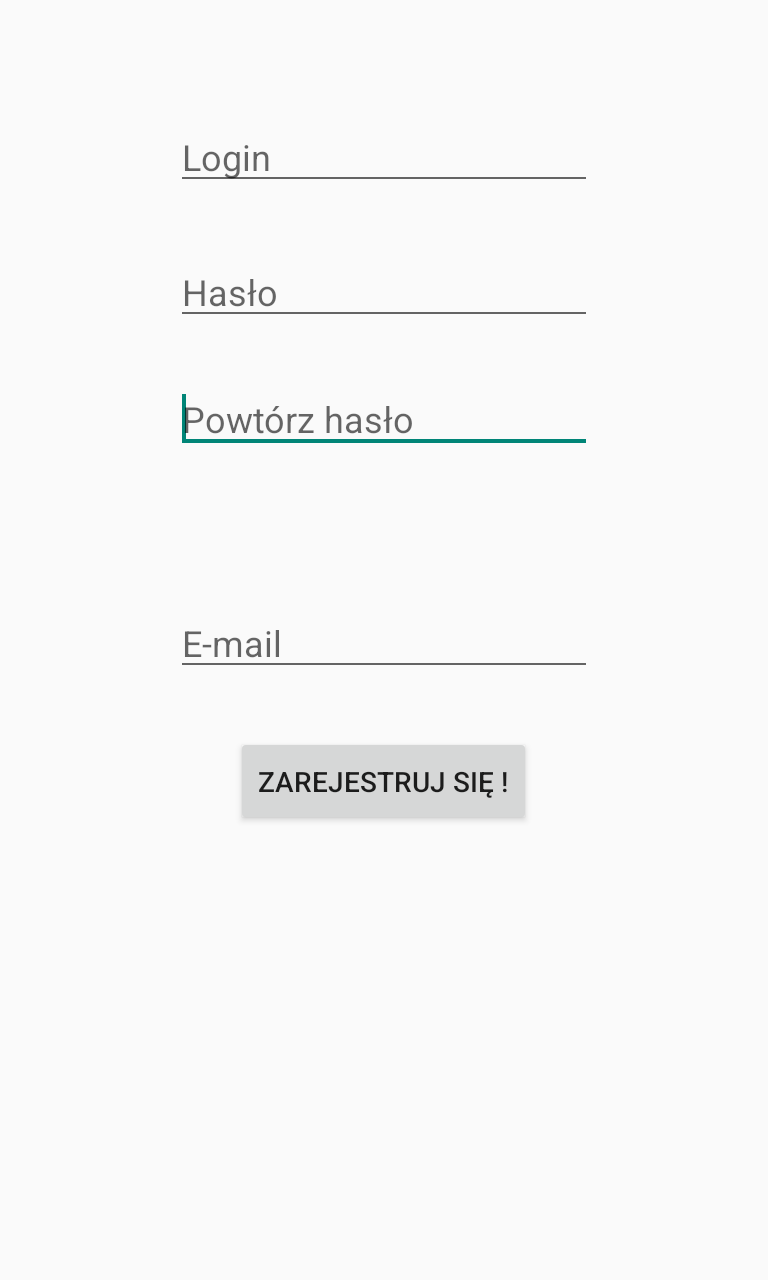
Repository: Radioaktywny/MaciekJava
Layout: ZnajdzTo/res/layout/activity_druga_aktywnosc.xml
These files come from the project's save history. The layout is drawn as it stood at one moment and after the next save; the edit follows.
It is drawn on a 768 x 1280 px phone screen (xhdpi) without system bars, with theme AppTheme; the app's code is not run.

Above is the layout before, as saved 2015-10-16 14:18:38.

After the next save:
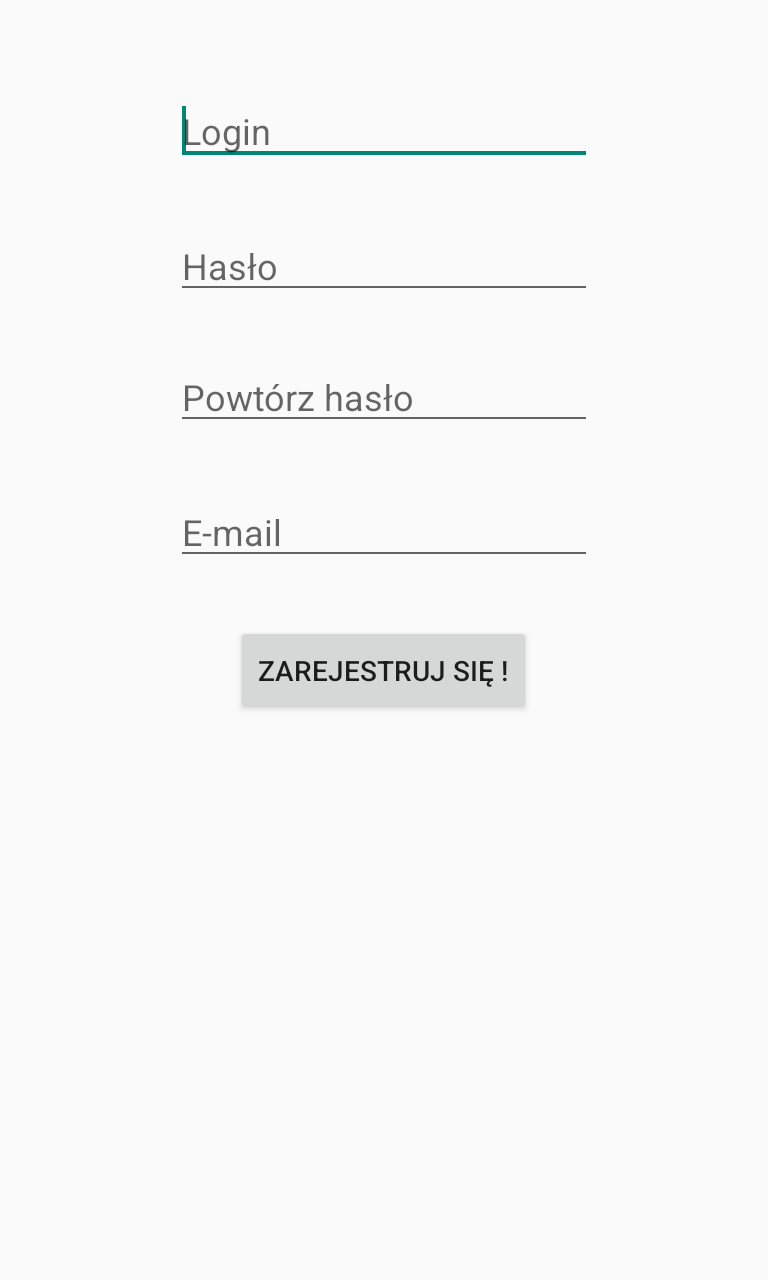
Saved 24 min 19 s later.
--- a/ZnajdzTo/res/layout/activity_druga_aktywnosc.xml
+++ b/ZnajdzTo/res/layout/activity_druga_aktywnosc.xml
@@ -7,17 +7,6 @@
     android:paddingRight="@dimen/activity_horizontal_margin"
     android:paddingTop="@dimen/activity_vertical_margin"
     tools:context="com.example.znajdzto.DrugaAktywnosc" >
-
-    <EditText
-        android:id="@+id/editText1"
-        android:layout_width="wrap_content"
-        android:layout_height="wrap_content"
-        android:layout_alignParentTop="true"
-        android:layout_centerHorizontal="true"
-        android:layout_marginTop="40dp"
-        android:ems="10"
-        android:hint="@string/login"
-        android:inputType="textPersonName" />
 
     <EditText
         android:id="@+id/editText2"
@@ -30,30 +19,6 @@
         android:hint="@string/haslo"
         android:inputType="textPassword" />
 
-    <EditText
-        android:id="@+id/editText4"
-        android:layout_width="wrap_content"
-        android:layout_height="wrap_content"
-        android:layout_below="@+id/editText2"
-        android:layout_centerHorizontal="true"
-        android:layout_marginTop="22dp"
-        android:ems="10"
-        android:hint="@string/powtorzhaslo"
-        android:inputType="textPassword" >
-
-        <requestFocus />
-    </EditText>
-
-    <EditText
-        android:id="@+id/editText3"
-        android:layout_width="wrap_content"
-        android:layout_height="wrap_content"
-        android:layout_alignLeft="@+id/editText2"
-        android:layout_centerVertical="true"
-        android:ems="10"
-        android:hint="@string/email"
-        android:inputType="textEmailAddress" />
-
     <Button
         android:id="@+id/button1"
         android:layout_width="wrap_content"
@@ -64,4 +29,40 @@
         android:hint="@string/rejestracja"
         android:text="@string/rejestracja" />
 
+    <EditText
+        android:id="@+id/editText3"
+        android:layout_width="wrap_content"
+        android:layout_height="wrap_content"
+        android:layout_alignLeft="@+id/editText2"
+        android:layout_below="@+id/editText4"
+        android:layout_marginTop="26dp"
+        android:ems="10"
+        android:hint="@string/email"
+        android:inputType="textEmailAddress" />
+
+    <EditText
+        android:id="@+id/editText4"
+        android:layout_width="wrap_content"
+        android:layout_height="wrap_content"
+        android:layout_alignLeft="@+id/editText2"
+        android:layout_below="@+id/editText2"
+        android:layout_marginTop="24dp"
+        android:ems="10"
+        android:hint="@string/powtorzhaslo"
+        android:inputType="textPassword" />
+
+    <EditText
+        android:id="@+id/editText1"
+        android:layout_width="wrap_content"
+        android:layout_height="wrap_content"
+        android:layout_alignParentTop="true"
+        android:layout_centerHorizontal="true"
+        android:layout_marginTop="27dp"
+        android:ems="10"
+        android:hint="@string/login"
+        android:inputType="textPersonName" >
+
+        <requestFocus />
+    </EditText>
+
 </RelativeLayout>
